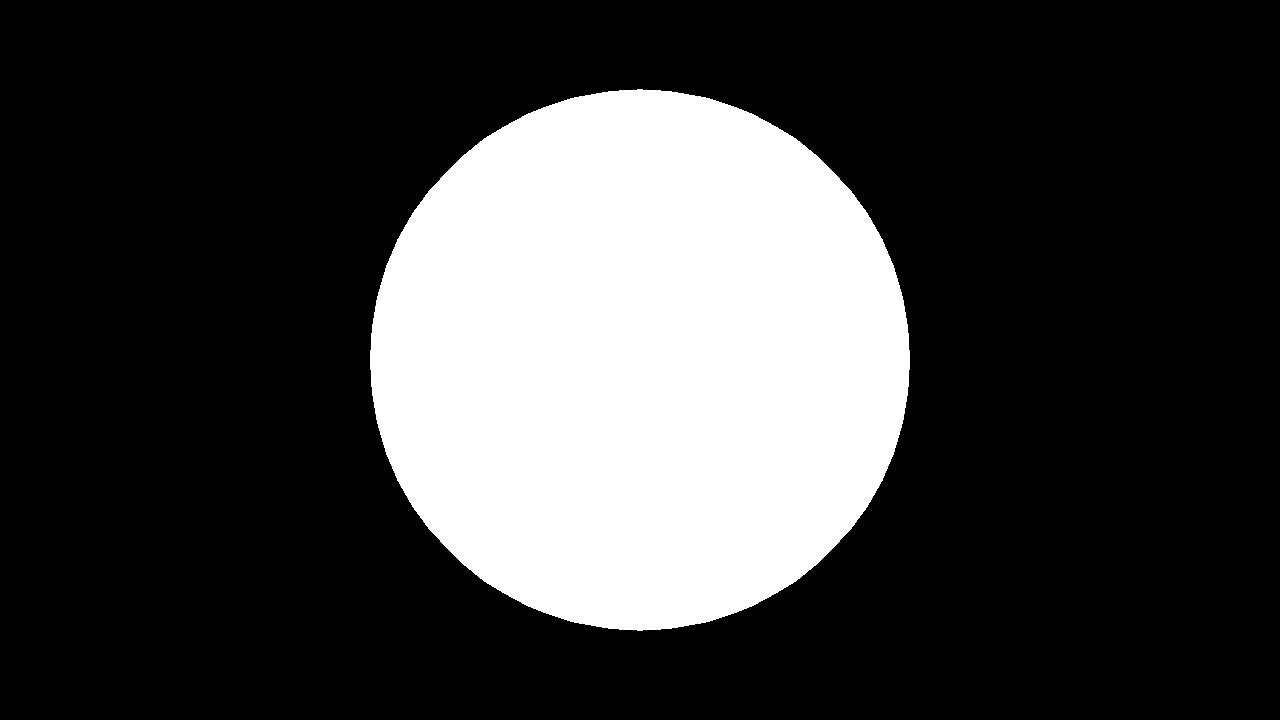
Repository: 30namp/youtube-node-base-organic-animation-threejs
Page: index.html
The author's editor kept a copy of each file at every save. The page is drawn from the files as they stood at one save, then again after the next save.
The browser window is 1280 px wide. The pictures show the whole page.

Above is the page before, as saved 2024-08-12 16:33:06.

After the next save:
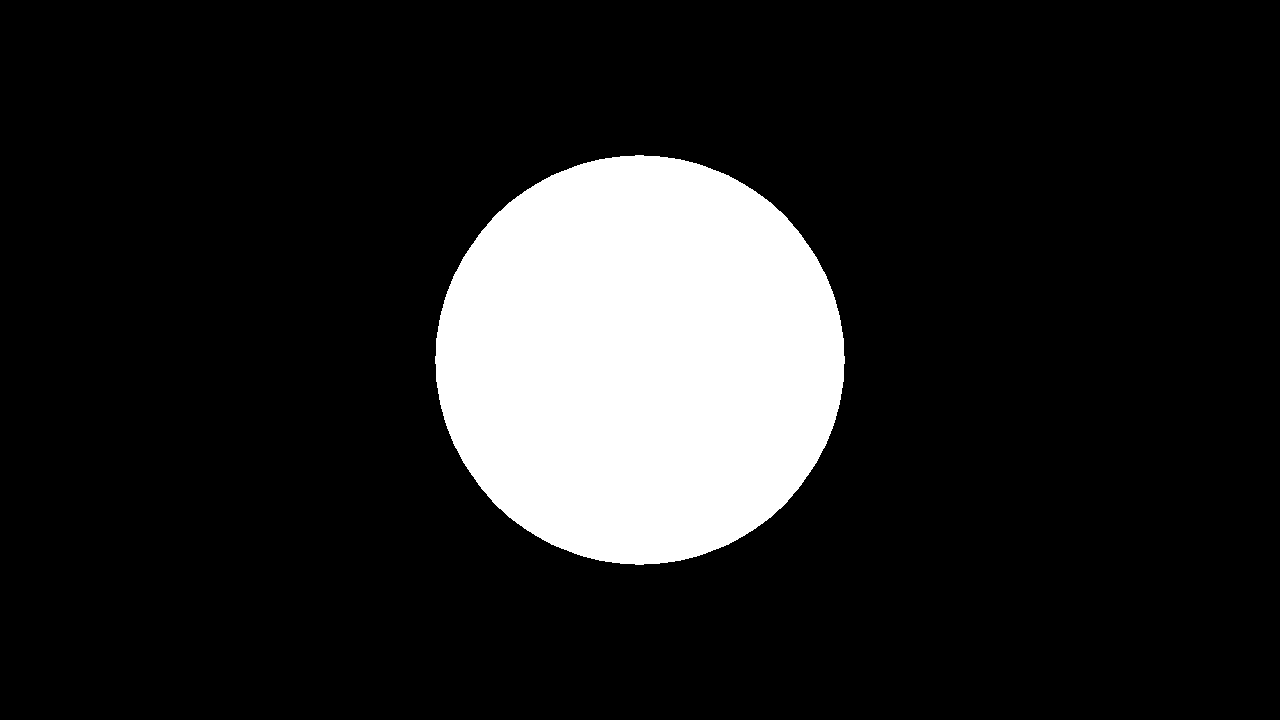
Saved 79 s later.
--- a/script.js
+++ b/script.js
@@ -35,7 +35,7 @@ const material = new THREE.ShaderMaterial({
     fragmentShader,
     uniforms:
     {
-        amplitude: { value: 0.5 },
+        amplitude: { value: 0.2 },
         color: { value: new THREE.Color(0xffffff) }
     }
 });
